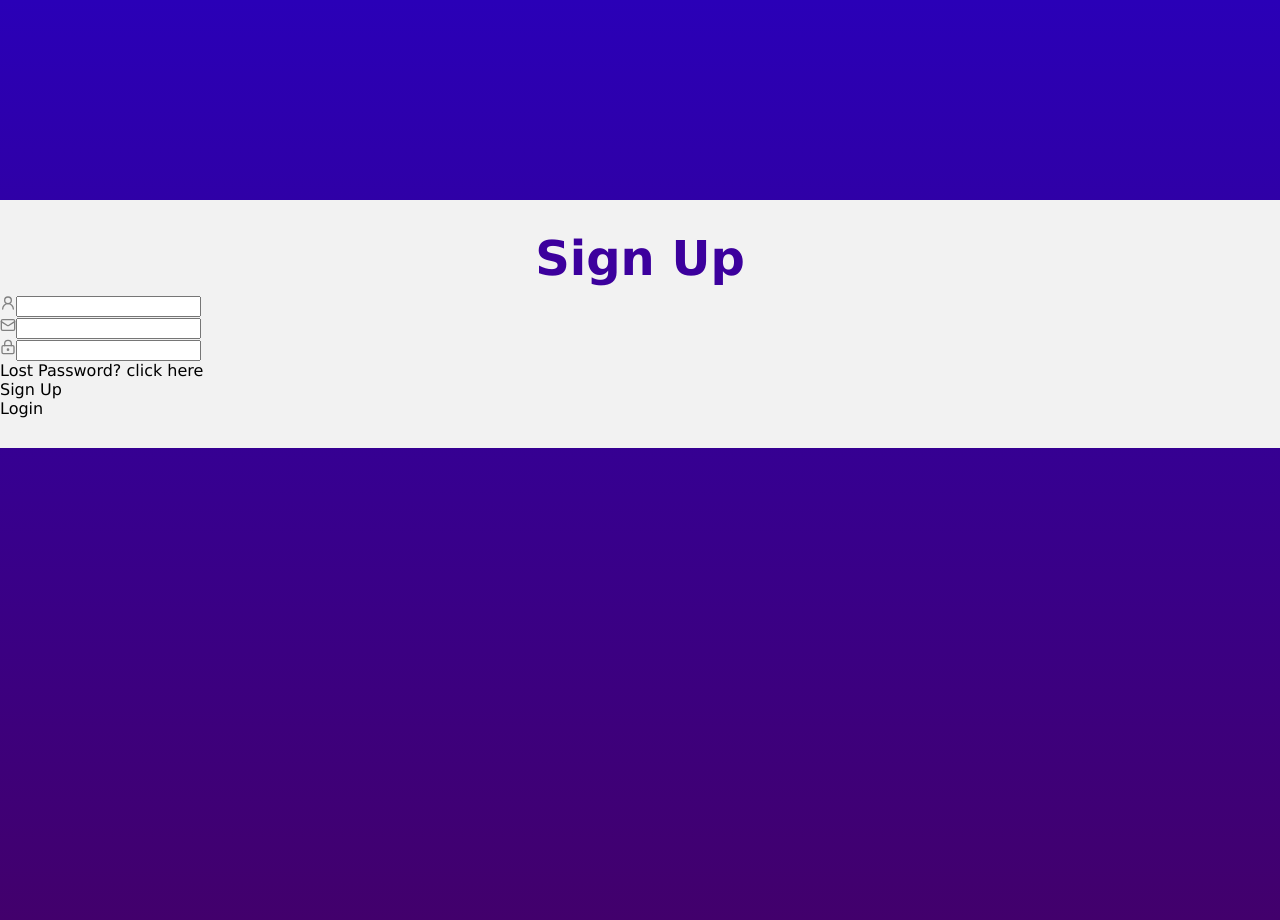
Repository: guilhermecardoso93/login-page
Page: /
An editor plug-in stored every save of this project. The page is shown before and after the next save, followed by the edit.
The browser window is 1280 px wide. The pictures show the whole page.
The project was rebuilt for these pictures with package versions that can differ from the ones it lists, and the page was loaded fresh each time. Also part of the build but not shown: vite.config.js.

Above is the page before, as saved 2024-10-22 19:21:07.

After the next save:
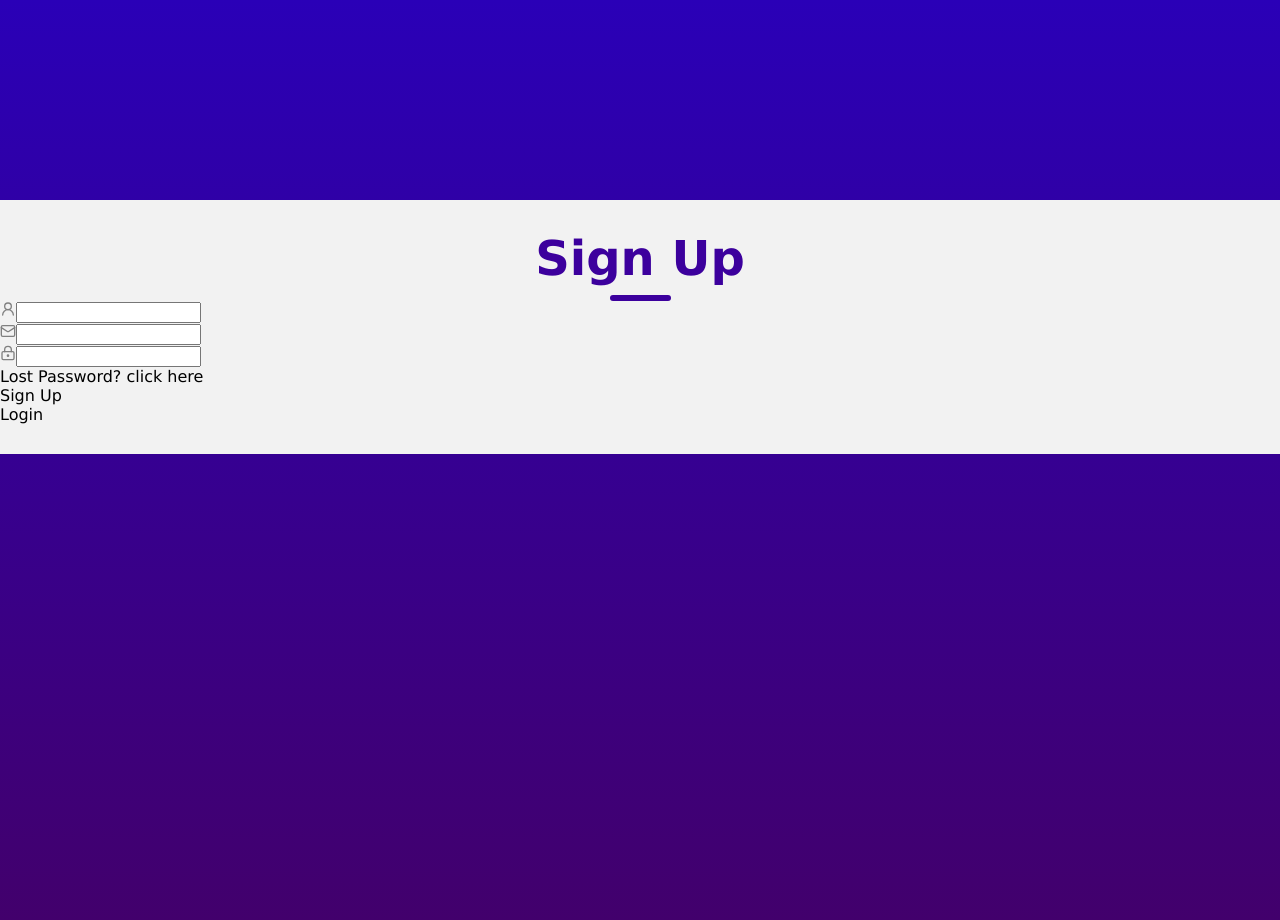
Saved 38 s later.
--- a/src/components/Login/Login.css
+++ b/src/components/Login/Login.css
@@ -21,3 +21,10 @@ header span {
   font-size: 48px;
   font-weight: 700;
 }
+
+.underline {
+  width: 61px;
+  height: 6px;
+  background-color: #3c009d;
+  border-radius: 9px;
+}
